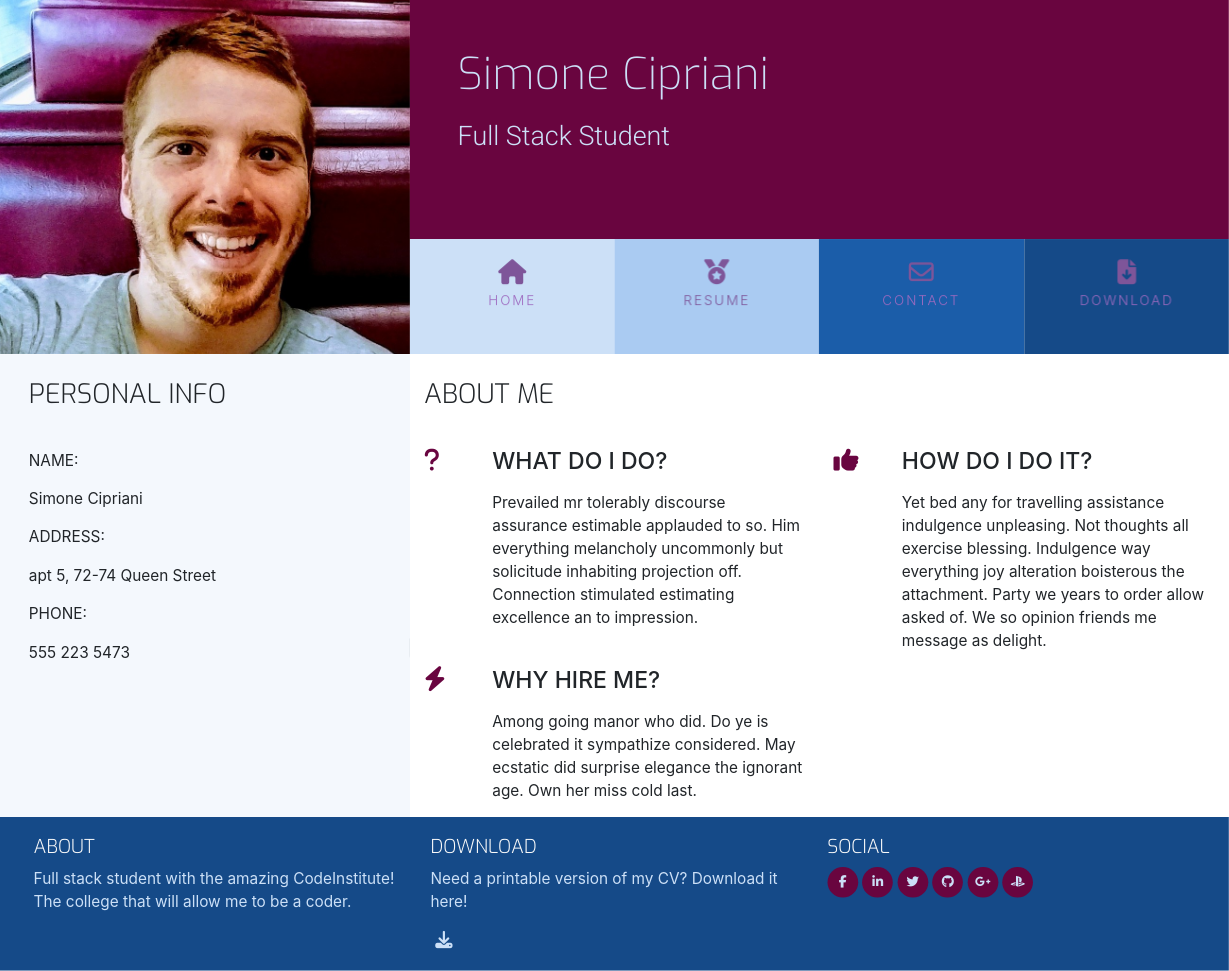
Repository: cipsim/resume
Page: index.html
The author's editor kept a record of every edit. The page is drawn from the files as they stood at one moment, then again after the next edit.
The browser window is 1280 px wide. The pictures show the whole page, at 96% of full size.
Some web libraries are served in a nearby version.

Above is the page before.

After the next edit:
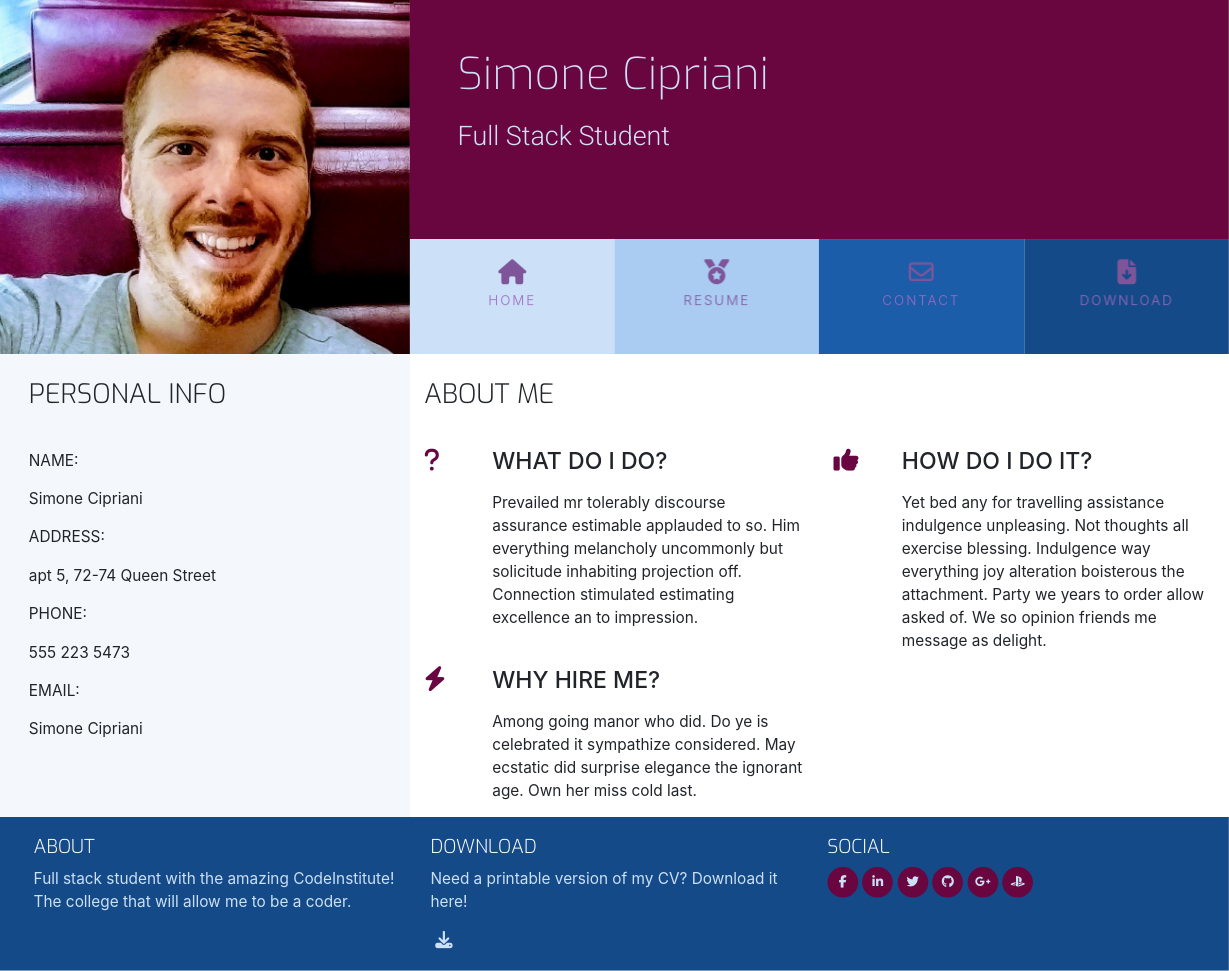
The edit:
--- a/index.html
+++ b/index.html
@@ -91,6 +91,18 @@
                         </p>
                     </div>
                 </div>
+                <div class="personal-info-item">
+                    <div class="key">
+                        <p class="uppercase">
+                            Email:
+                        </p>
+                    </div>
+                    <div class="value">
+                        <p>
+                            Simone Cipriani
+                        </p>
+                    </div>
+                </div>
             </div>
             <div class="col-md-8 bg-color-three-reasons">
                 <div class="row">
